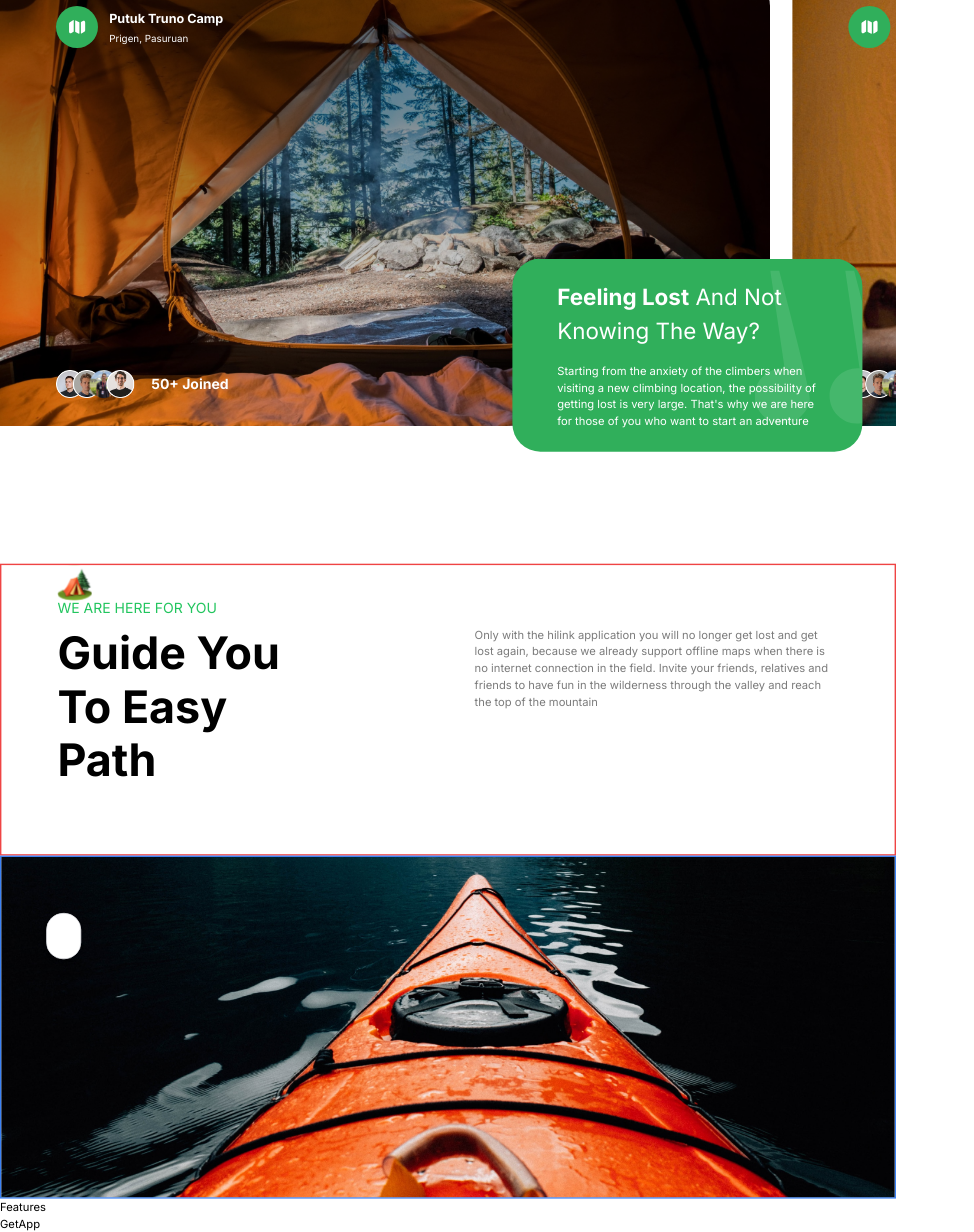
Repository: abdulrahmanmahmood/Travel-App
Page: /
An editor plug-in stored every save of this project. The page is shown before and after the next save, followed by the edit.
The browser window is 1280 px wide. The page is 1392 px wide, so the pictures cover 1392 px, including what lies to the right of the window. The pictures show the part of the page from y = 966 to 2726 px (the page is 2726 px tall), at 70% of full size.
The project was rebuilt for these pictures with package versions that can differ from the ones it lists, and the page was loaded fresh each time. The framework's server and built-in components were replaced by stand-ins that run in the browser. Also part of the build but not shown: next.config.js.

Above is the page before, as saved 2023-11-08 11:07:47.

After the next save:
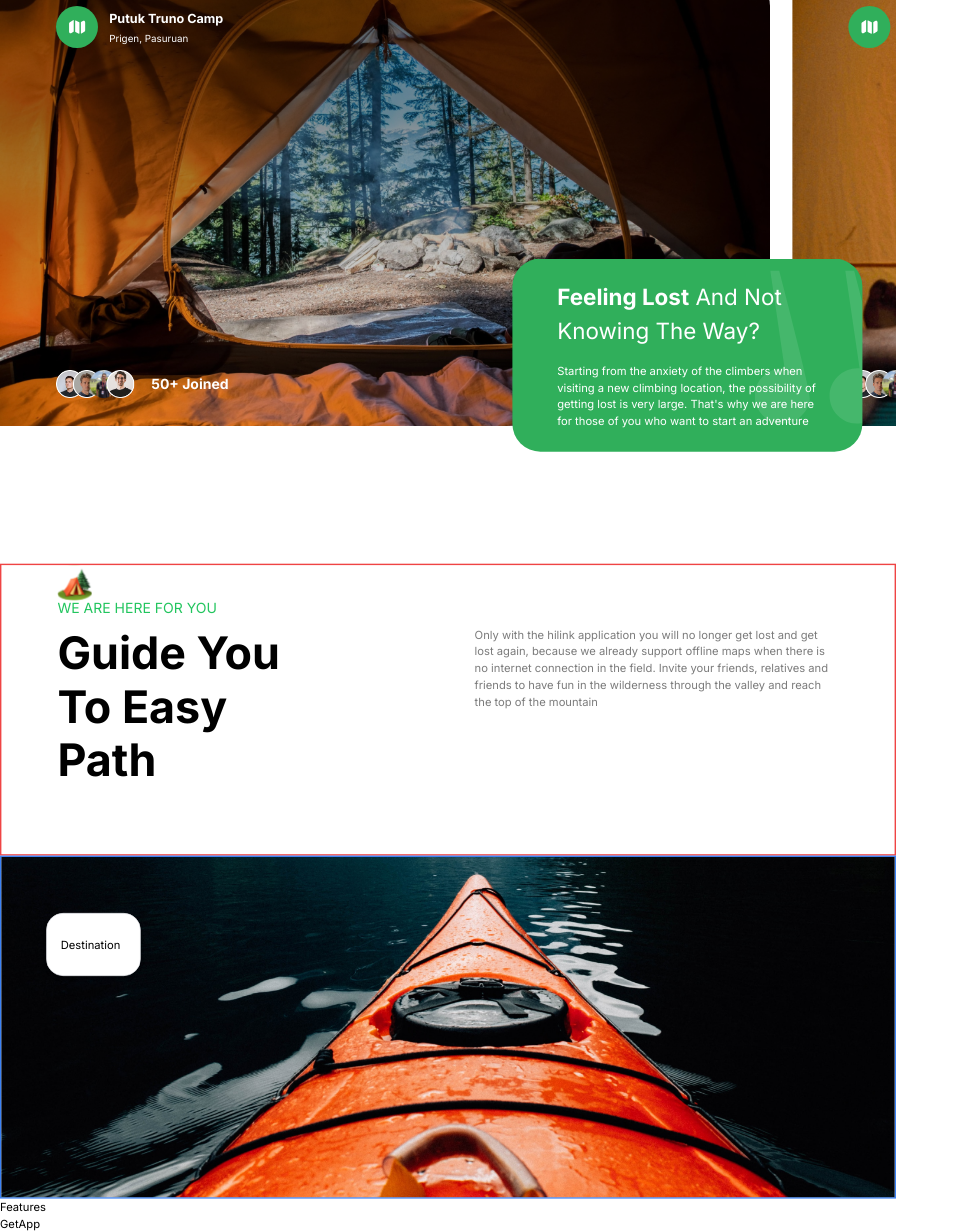
Saved 16 s later.
--- a/components/Guide.tsx
+++ b/components/Guide.tsx
@@ -25,7 +25,7 @@ function Guide() {
           <div className="flexBetween flex-col ">
             <div className="flex w-full flex-col">
               <div className="flexBetween w-full ">
-                  <p></p>
+                  <p>Destination</p>
               </div>
             </div>
           </div>
